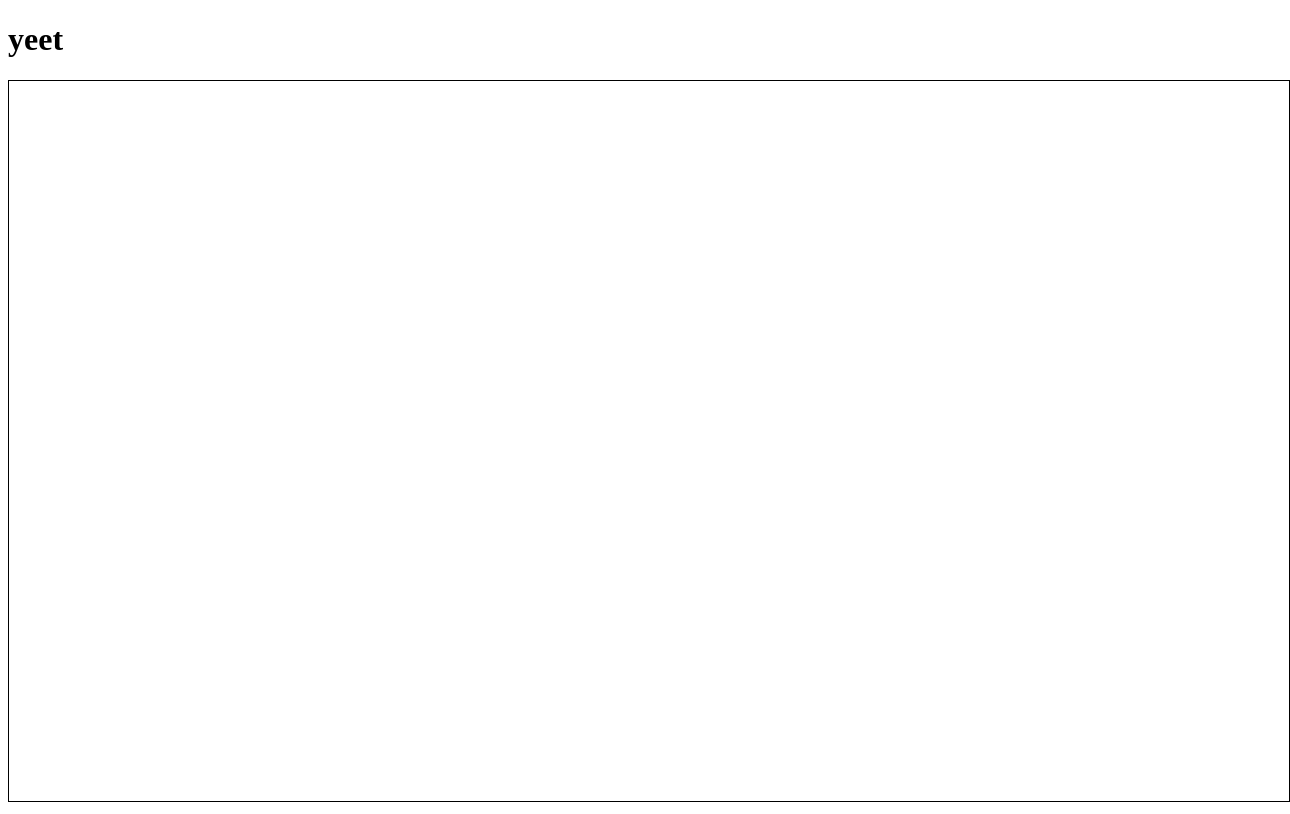
Repository: MikeTroianello/canvas-testing
Page: index.html
An editor plug-in stored every save of this project. The page is shown before and after the next save, followed by the edit.
The browser window is 1280 px wide. The page is 1290 px wide, so the pictures cover 1290 px, including what lies to the right of the window. The pictures show the whole page.

Above is the page before, as saved 2019-06-03 23:40:56.

### index.html
<!DOCTYPE html>
<html lang="en">
  <head>
    <meta charset="UTF-8" />
    <meta name="viewport" content="width=device-width, initial-scale=1.0" />
    <meta http-equiv="X-UA-Compatible" content="ie=edge" />
    <link rel="stylesheet" type="text/css" href="style.css" />
    <title>Canvas</title>
  </head>
  <body>
    <h1>yeet</h1>
    <canvas></canvas>
    <script src="canvas.js"></script>
  </body>
</html>

### canvas.js
var canvas = document.querySelector('canvas');
console.log(canvas);

canvas.width = window.innerWidth;
canvas.height = window.innerHeight;

Loaded but not shown: style.css (common file)

After the next save:
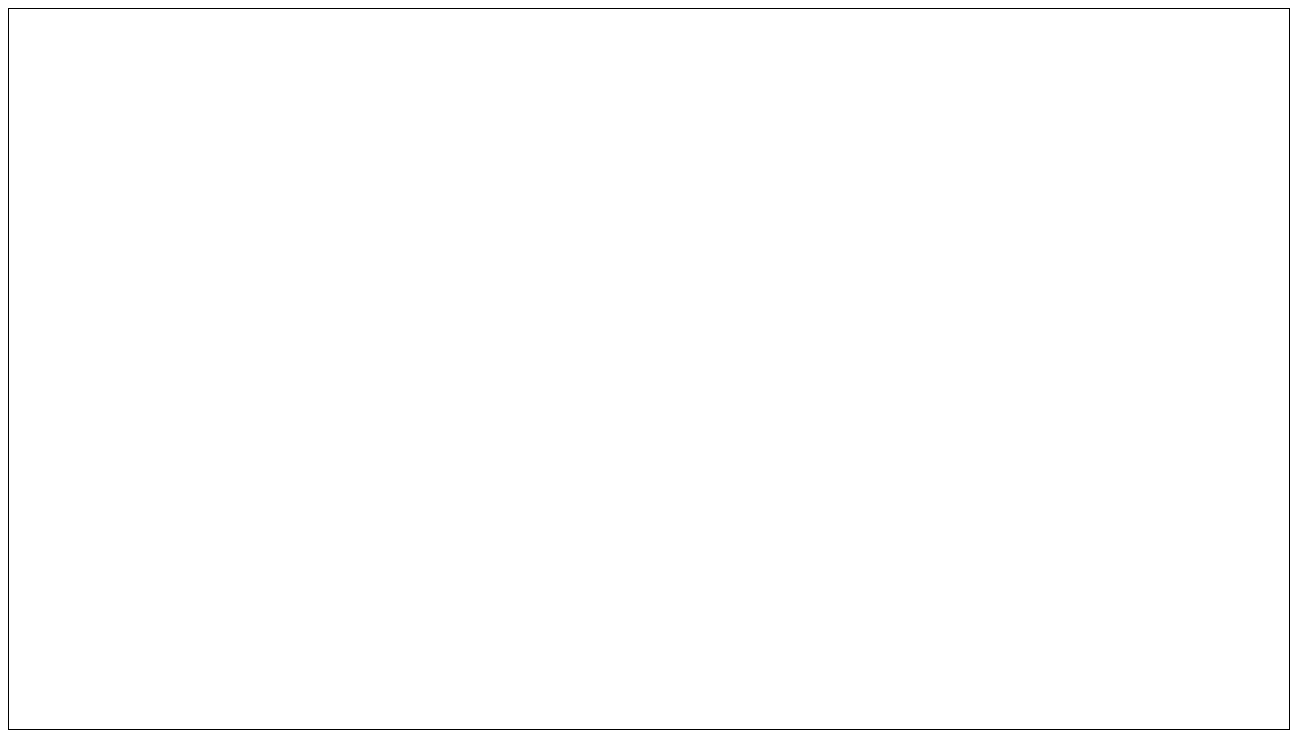
Saved 21 s later.
--- a/index.html
+++ b/index.html
@@ -8,7 +8,6 @@
     <title>Canvas</title>
   </head>
   <body>
-    <h1>yeet</h1>
     <canvas></canvas>
     <script src="canvas.js"></script>
   </body>
